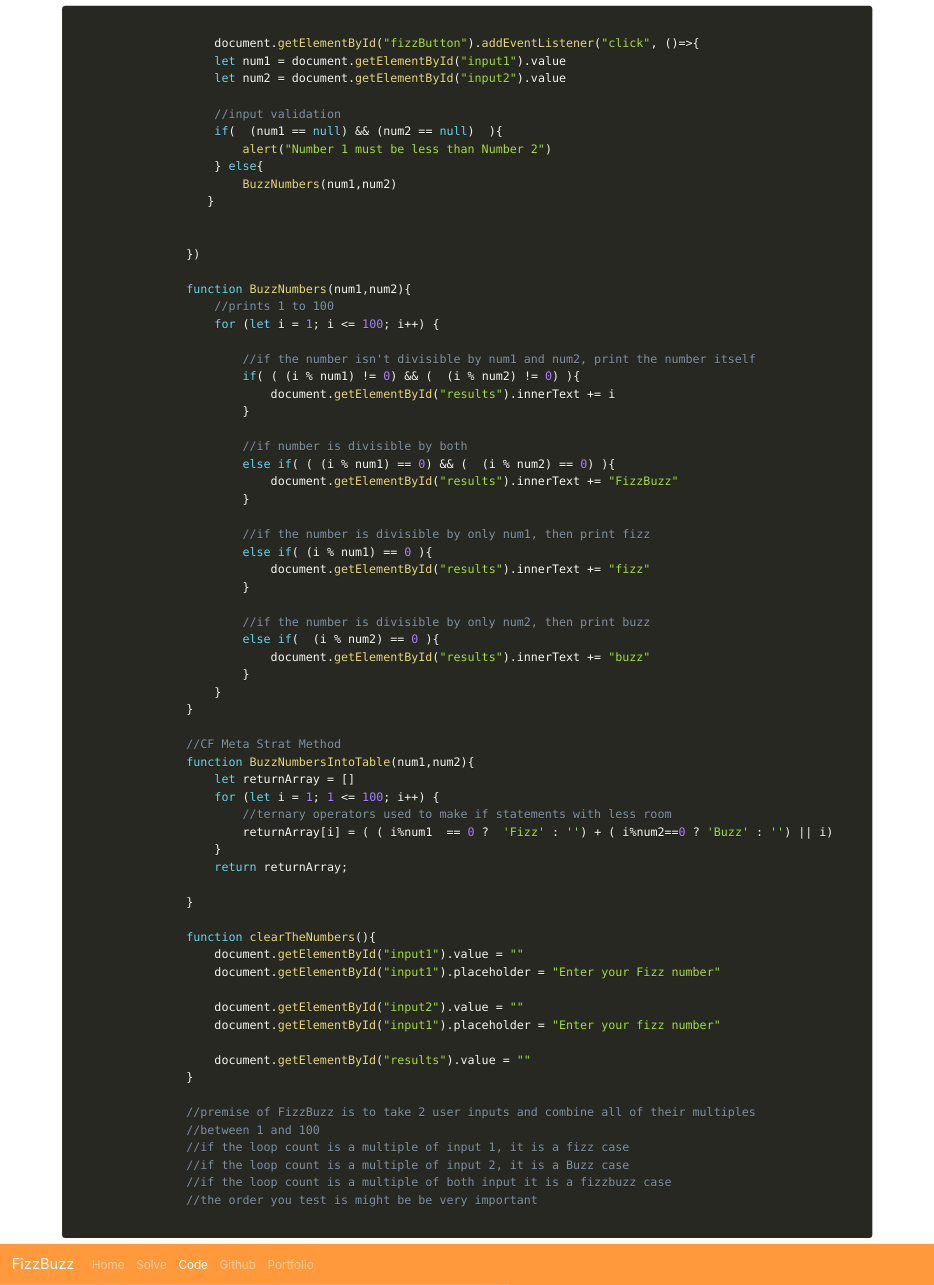
Repository: zhadjah9559/FizzBuzz
Page: code.html
The author's editor kept a copy of each file at every save. The page is drawn from the files as they stood at one save, then again after the next save.
The browser window is 1280 px wide. The pictures show the whole page, at 73% of full size.

Above is the page before, as saved 2021-01-12 15:24:27.

### code.html
<!doctype html>
<html lang="en">
  <head>
    <title>Title</title>
    <!-- Required meta tags -->
    <meta charset="utf-8">
    <meta name="viewport" content="width=device-width, initial-scale=1, shrink-to-fit=no">

    <!-- Bootstrap CSS -->
    <link rel="stylesheet" href="https://stackpath.bootstrapcdn.com/bootstrap/4.3.1/css/bootstrap.min.css" integrity="sha384-ggOyR0iXCbMQv3Xipma34MD+dH/1fQ784/j6cY/iJTQUOhcWr7x9JvoRxT2MZw1T" crossorigin="anonymous">
    <link rel="stylesheet" href="css/prism.css">


</head>
  <body>

    <div class="container">
        <div class="row">
            <div class="col">

                <pre><code class="language-javascript">
                    document.getElementById("fizzButton").addEventListener("click", ()=>{
                    let num1 = document.getElementById("input1").value
                    let num2 = document.getElementById("input2").value

                    //input validation
                    if(  (num1 == null) && (num2 == null)  ){
                        alert("Number 1 must be less than Number 2")
                    } else{
                        BuzzNumbers(num1,num2)
                   }


                })

                function BuzzNumbers(num1,num2){
                    //prints 1 to 100
                    for (let i = 1; i <= 100; i++) {

                        //if the number isn't divisible by num1 and num2, print the number itself
                        if( ( (i % num1) != 0) && (  (i % num2) != 0) ){
                            document.getElementById("results").innerText += i
                        }

                        //if number is divisible by both
                        else if( ( (i % num1) == 0) && (  (i % num2) == 0) ){
                            document.getElementById("results").innerText += "FizzBuzz"
                        }

                        //if the number is divisible by only num1, then print fizz
                        else if( (i % num1) == 0 ){
                            document.getElementById("results").innerText += "fizz"
                        }

                        //if the number is divisible by only num2, then print buzz
                        else if(  (i % num2) == 0 ){
                            document.getElementById("results").innerText += "buzz"
                        }
                    }
                }

                //CF Meta Strat Method
                function BuzzNumbersIntoTable(num1,num2){
                    let returnArray = []
                    for (let i = 1; 1 <= 100; i++) {
                        //ternary operators used to make if statements with less room
                        returnArray[i] = ( ( i%num1  == 0 ?  'Fizz' : '') + ( i%num2==0 ? 'Buzz' : '') || i)
                    }
                    return returnArray;

                }

                function clearTheNumbers(){
                    document.getElementById("input1").value = ""
                    document.getElementById("input1").placeholder = "Enter your Fizz number"

                    document.getElementById("input2").value = ""
                    document.getElementById("input1").placeholder = "Enter your fizz number"

                    document.getElementById("results").value = ""
                }

                //premise of FizzBuzz is to take 2 user inputs and combine all of their multiples
                //between 1 and 100
                //if the loop count is a multiple of input 1, it is a fizz case
                //if the loop count is a multiple of input 2, it is a Buzz case
                //if the loop count is a multiple of both input it is a fizzbuzz case
                //the order you test is might be be very important
            </code></pre>

            </div>
        </div>
    </div>




    <nav class="navbar navbar-expand-sm navbar-dark" style="background-color: #ff993b;">
        <a class="navbar-brand" href="#">FizzBuzz</a>
        <button class="navbar-toggler d-lg-none" type="button" data-toggle="collapse" data-target="#collapsibleNavId" aria-controls="collapsibleNavId"
            aria-expanded="false" aria-label="Toggle navigation"></button>
        <div class="collapse navbar-collapse" id="collapsibleNavId">
            <ul class="navbar-nav mr-auto mt-2 mt-lg-0">
                <li class="nav-item">
                    <a class="nav-link" href="index.html">Home </a>
                </li>
                <li class="nav-item">
                    <a class="nav-link" href="solve.html">Solve </a>
                </li>
                <li class="nav-item">
                    <a class="nav-link active" href="code.html">Code <span class="sr-only">(current)</span></a>
                </li>
                <li class="nav-item">
                    <a class="nav-link" target="_blank" href="https://github.com/zhadjah9559/FizzBuzz">Github</a>
                </li>
                <li class="nav-item">
                    <a class="nav-link" target="_blank" href="https://www.zacharyhadjah.netlify.app">Portfolio</a>
                </li>


            </ul>
        </div>
    </nav>



    <!-- Optional JavaScript -->
    <!-- jQuery first, then Popper.js, then Bootstrap JS -->
    <script src="https://code.jquery.com/jquery-3.3.1.slim.min.js" integrity="sha384-q8i/X+965DzO0rT7abK41JStQIAqVgRVzpbzo5smXKp4YfRvH+8abtTE1Pi6jizo" crossorigin="anonymous"></script>
    <script src="https://cdnjs.cloudflare.com/ajax/libs/popper.js/1.14.7/umd/popper.min.js" integrity="sha384-UO2eT0CpHqdSJQ6hJty5KVphtPhzWj9WO1clHTMGa3JDZwrnQq4sF86dIHNDz0W1" crossorigin="anonymous"></script>
    <script src="https://stackpath.bootstrapcdn.com/bootstrap/4.3.1/js/bootstrap.min.js" integrity="sha384-JjSmVgyd0p3pXB1rRibZUAYoIIy6OrQ6VrjIEaFf/nJGzIxFDsf4x0xIM+B07jRM" crossorigin="anonymous"></script>
    <script src="js/prism.js"></script>


    </body>
</html>

### css/prism.css
/* PrismJS 1.23.0
https://prismjs.com/download.html#themes=prism-okaidia&languages=markup+css+clike+javascript&plugins=line-numbers */
/**
 * okaidia theme for JavaScript, CSS and HTML
 * Loosely based on Monokai textmate theme by http://www.monokai.nl/
 * @author ocodia
 */

code[class*="language-"],
pre[class*="language-"] {
	color: #f8f8f2;
	background: none;
	text-shadow: 0 1px rgba(0, 0, 0, 0.3);
	font-family: Consolas, Monaco, 'Andale Mono', 'Ubuntu Mono', monospace;
	font-size: 1em;
	text-align: left;
	white-space: pre;
	word-spacing: normal;
	word-break: normal;
	word-wrap: normal;
	line-height: 1.5;

	-moz-tab-size: 4;
	-o-tab-size: 4;
	tab-size: 4;

	-webkit-hyphens: none;
	-moz-hyphens: none;
	-ms-hyphens: none;
	hyphens: none;
}

/* Code blocks */
pre[class*="language-"] {
	padding: 1em;
	margin: .5em 0;
	overflow: auto;
	border-radius: 0.3em;
}

:not(pre) > code[class*="language-"],
pre[class*="language-"] {
	background: #272822;
}

/* Inline code */
:not(pre) > code[class*="language-"] {
	padding: .1em;
	border-radius: .3em;
	white-space: normal;
}

.token.comment,
.token.prolog,
.token.doctype,
.token.cdata {
	color: #8292a2;
}

.token.punctuation {
	color: #f8f8f2;
}

.token.namespace {
	opacity: .7;
}

.token.property,
.token.tag,
.token.constant,
.token.symbol,
.token.deleted {
	color: #f92672;
}

.token.boolean,
.token.number {
	color: #ae81ff;
}

.token.selector,
.token.attr-name,
.token.string,
.token.char,
.token.builtin,
.token.inserted {
	color: #a6e22e;
}

.token.operator,
.token.entity,
.token.url,
.language-css .token.string,
.style .token.string,
.token.variable {
	color: #f8f8f2;
}

.token.atrule,
.token.attr-value,
.token.function,
.token.class-name {
	color: #e6db74;
}

.token.keyword {
	color: #66d9ef;
}

.token.regex,
.token.important {
	color: #fd971f;
}

.token.important,
.token.bold {
	font-weight: bold;
}
.token.italic {
	font-style: italic;
}

.token.entity {
	cursor: help;
}

pre[class*="language-"].line-numbers {
	position: relative;
	padding-left: 3.8em;
	counter-reset: linenumber;
}

pre[class*="language-"].line-numbers > code {
	position: relative;
	white-space: inherit;
}

.line-numbers .line-numbers-rows {
	position: absolute;
	pointer-events: none;
	top: 0;
	font-size: 100%;
	left: -3.8em;
	width: 3em; /* works for line-numbers below 1000 lines */
	letter-spacing: -1px;
	border-right: 1px solid #999;

	-webkit-user-select: none;
	-moz-user-select: none;
	-ms-user-select: none;
	user-select: none;

}

	.line-numbers-rows > span {
		display: block;
		counter-increment: linenumber;
	}

		.line-numbers-rows > span:before {
			content: counter(linenumber);
			color: #999;
			display: block;
			padding-right: 0.8em;
			text-align: right;
		}

Loaded but not shown: js/prism.js (library)

After the next save:
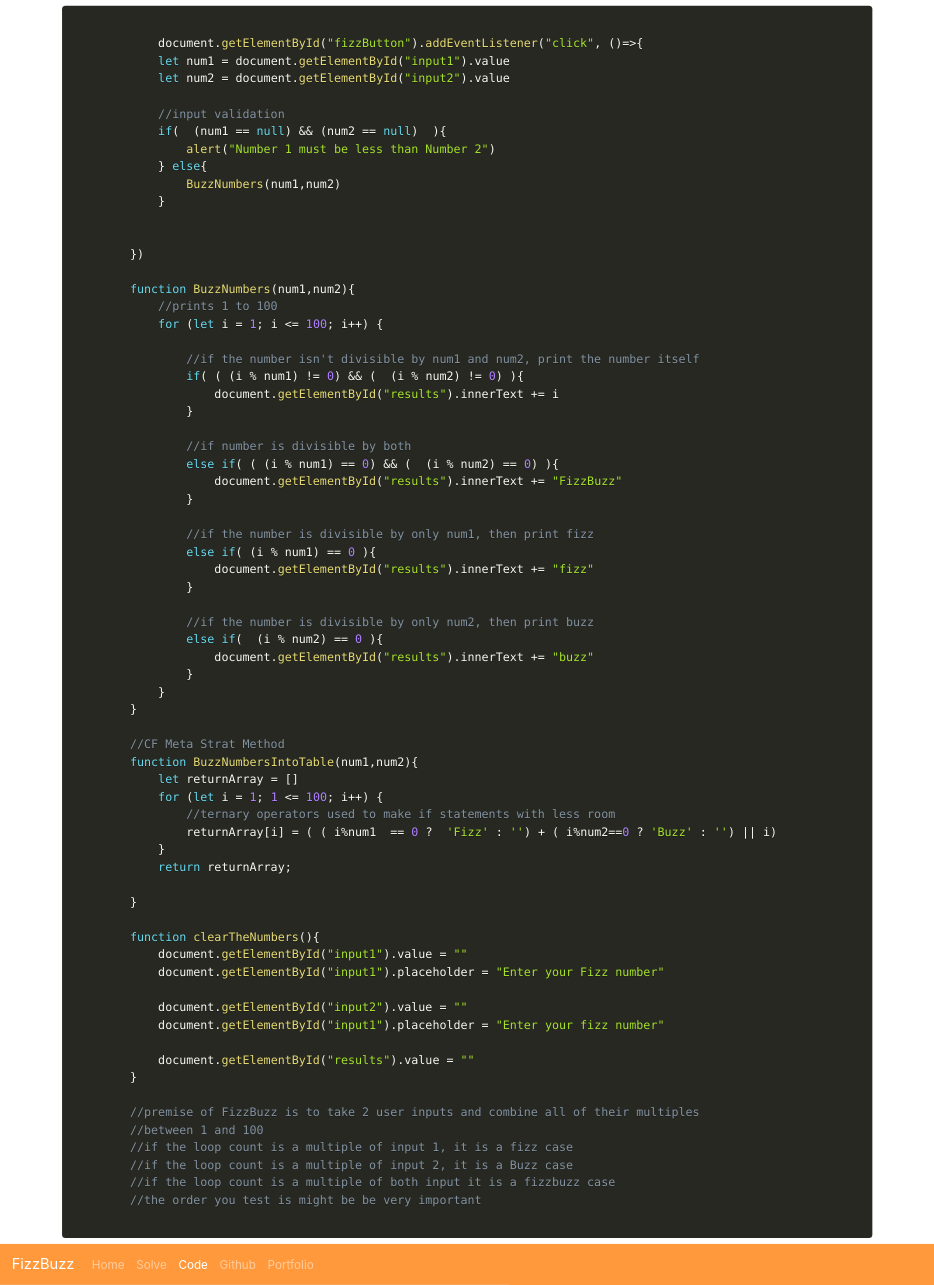
Saved 18 s later.
--- a/code.html
+++ b/code.html
@@ -19,73 +19,73 @@
             <div class="col">
 
                 <pre><code class="language-javascript">
-                    document.getElementById("fizzButton").addEventListener("click", ()=>{
-                    let num1 = document.getElementById("input1").value
-                    let num2 = document.getElementById("input2").value
+            document.getElementById("fizzButton").addEventListener("click", ()=>{
+            let num1 = document.getElementById("input1").value
+            let num2 = document.getElementById("input2").value
 
-                    //input validation
-                    if(  (num1 == null) && (num2 == null)  ){
-                        alert("Number 1 must be less than Number 2")
-                    } else{
-                        BuzzNumbers(num1,num2)
-                   }
+            //input validation
+            if(  (num1 == null) && (num2 == null)  ){
+                alert("Number 1 must be less than Number 2")
+            } else{
+                BuzzNumbers(num1,num2)
+            }
 
 
-                })
+        })
 
-                function BuzzNumbers(num1,num2){
-                    //prints 1 to 100
-                    for (let i = 1; i <= 100; i++) {
+        function BuzzNumbers(num1,num2){
+            //prints 1 to 100
+            for (let i = 1; i <= 100; i++) {
 
-                        //if the number isn't divisible by num1 and num2, print the number itself
-                        if( ( (i % num1) != 0) && (  (i % num2) != 0) ){
-                            document.getElementById("results").innerText += i
-                        }
-
-                        //if number is divisible by both
-                        else if( ( (i % num1) == 0) && (  (i % num2) == 0) ){
-                            document.getElementById("results").innerText += "FizzBuzz"
-                        }
-
-                        //if the number is divisible by only num1, then print fizz
-                        else if( (i % num1) == 0 ){
-                            document.getElementById("results").innerText += "fizz"
-                        }
-
-                        //if the number is divisible by only num2, then print buzz
-                        else if(  (i % num2) == 0 ){
-                            document.getElementById("results").innerText += "buzz"
-                        }
-                    }
+                //if the number isn't divisible by num1 and num2, print the number itself
+                if( ( (i % num1) != 0) && (  (i % num2) != 0) ){
+                    document.getElementById("results").innerText += i
                 }
 
-                //CF Meta Strat Method
-                function BuzzNumbersIntoTable(num1,num2){
-                    let returnArray = []
-                    for (let i = 1; 1 <= 100; i++) {
-                        //ternary operators used to make if statements with less room
-                        returnArray[i] = ( ( i%num1  == 0 ?  'Fizz' : '') + ( i%num2==0 ? 'Buzz' : '') || i)
-                    }
-                    return returnArray;
-
+                //if number is divisible by both
+                else if( ( (i % num1) == 0) && (  (i % num2) == 0) ){
+                    document.getElementById("results").innerText += "FizzBuzz"
                 }
 
-                function clearTheNumbers(){
-                    document.getElementById("input1").value = ""
-                    document.getElementById("input1").placeholder = "Enter your Fizz number"
-
-                    document.getElementById("input2").value = ""
-                    document.getElementById("input1").placeholder = "Enter your fizz number"
-
-                    document.getElementById("results").value = ""
+                //if the number is divisible by only num1, then print fizz
+                else if( (i % num1) == 0 ){
+                    document.getElementById("results").innerText += "fizz"
                 }
 
-                //premise of FizzBuzz is to take 2 user inputs and combine all of their multiples
-                //between 1 and 100
-                //if the loop count is a multiple of input 1, it is a fizz case
-                //if the loop count is a multiple of input 2, it is a Buzz case
-                //if the loop count is a multiple of both input it is a fizzbuzz case
-                //the order you test is might be be very important
+                //if the number is divisible by only num2, then print buzz
+                else if(  (i % num2) == 0 ){
+                    document.getElementById("results").innerText += "buzz"
+                }
+            }
+        }
+
+        //CF Meta Strat Method
+        function BuzzNumbersIntoTable(num1,num2){
+            let returnArray = []
+            for (let i = 1; 1 <= 100; i++) {
+                //ternary operators used to make if statements with less room
+                returnArray[i] = ( ( i%num1  == 0 ?  'Fizz' : '') + ( i%num2==0 ? 'Buzz' : '') || i)
+            }
+            return returnArray;
+
+        }
+
+        function clearTheNumbers(){
+            document.getElementById("input1").value = ""
+            document.getElementById("input1").placeholder = "Enter your Fizz number"
+
+            document.getElementById("input2").value = ""
+            document.getElementById("input1").placeholder = "Enter your fizz number"
+
+            document.getElementById("results").value = ""
+        }
+
+        //premise of FizzBuzz is to take 2 user inputs and combine all of their multiples
+        //between 1 and 100
+        //if the loop count is a multiple of input 1, it is a fizz case
+        //if the loop count is a multiple of input 2, it is a Buzz case
+        //if the loop count is a multiple of both input it is a fizzbuzz case
+        //the order you test is might be be very important
             </code></pre>
 
             </div>
